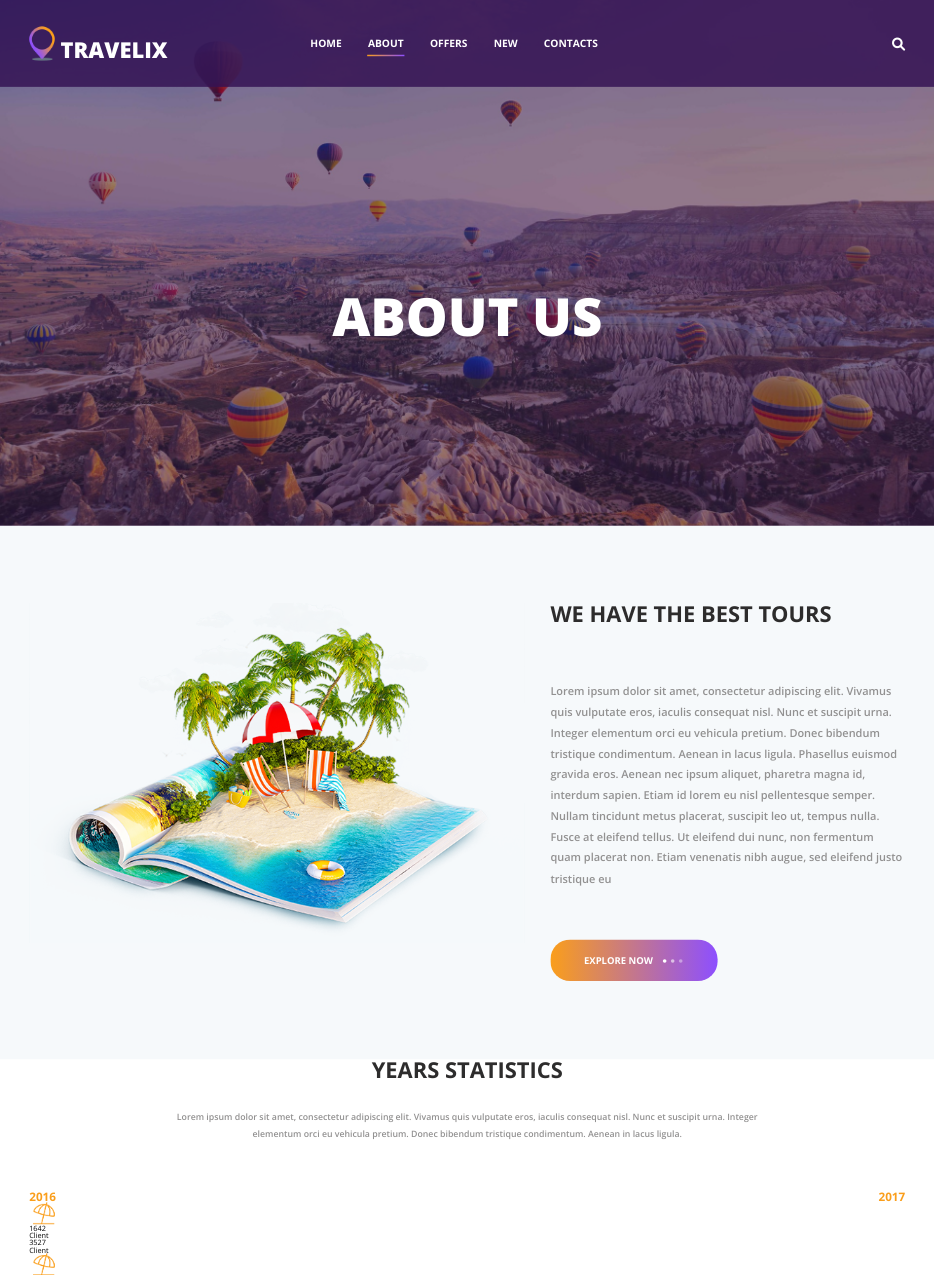
Repository: phamhuuloc/Travelix_Template
Page: about.html
The author's editor kept a copy of each file at every save. The page is drawn from the files as they stood at one save, then again after the next save.
The browser window is 1280 px wide. The pictures show the whole page, at 73% of full size.
Backgrounds fixed to the window are drawn as part of the page. Some web fonts or font styles are not loaded; a fallback is used.

Above is the page before, as saved 2021-10-13 09:15:19.

### about.html
<!DOCTYPE html>
<html lang="en">
  <head>
    <meta charset="UTF-8" />
    <meta http-equiv="X-UA-Compatible" content="IE=edge" />
    <meta name="viewport" content="width=device-width, initial-scale=1.0" />
    <title>Document</title>
    <link rel="shortcut icon" href="./assets/img/logo.png" />
    <link
      href="https://fonts.googleapis.com/css2?family=Caramel&display=swap"
      rel="stylesheet"
    />
    <!-- GOOGLE FONT -->
    <link
      href="https://fonts.googleapis.com/css2?family=Birthstone&display=swap"
      rel="stylesheet"
    />
    <!-- FONT AWESOME -->
    <link
      rel="stylesheet"
      href="https://cdnjs.cloudflare.com/ajax/libs/font-awesome/6.0.0-beta2/css/all.min.css"
      integrity="sha512-YWzhKL2whUzgiheMoBFwW8CKV4qpHQAEuvilg9FAn5VJUDwKZZxkJNuGM4XkWuk94WCrrwslk8yWNGmY1EduTA=="
      crossorigin="anonymous"
      referrerpolicy="no-referrer"
    />
    <!-- CSS -->
    <link rel="stylesheet" href="./assets/css/reset.css" />
    <link rel="stylesheet" href="./assets/css/grid.css" />
    <link rel="stylesheet" href="./assets/css/base.css" />
    <link rel="stylesheet" href="./assets/css/about.css" />
  </head>
  <body>
    <header class="header">
      <div class="header-topbar" style="display: none">
        <div class="grid wide">
          <div class="header-topbar__container">
            <div class="row">
              <div class="col l-6">
                <div class="header-topbar__contact">
                  <ul>
                    <li>
                      <a href="">+84 945 000 917</a>
                    </li>
                    <li>
                      <a href=""><i class="fab fa-pinterest"></i></a>
                    </li>
                    <li>
                      <a href=""><i class="fab fa-facebook-f"></i></a>
                    </li>
                    <li>
                      <a href=""><i class="fab fa-twitter"></i></a>
                    </li>
                    <li>
                      <a href=""><i class="fab fa-dribbble"></i></a>
                    </li>
                    <li>
                      <a href=""><i class="fab fa-behance"></i></a>
                    </li>
                    <li>
                      <a href=""><i class="fab fa-linkedin-in"></i></a>
                    </li>
                  </ul>
                </div>
              </div>
              <div class="col l-6">
                <div class="header-topbar__login">
                  <ul>
                    <li><a href="">Login</a></li>
                    <li><a href="">|</a></li>
                    <li><a href="">Register</a></li>
                  </ul>
                </div>
              </div>
            </div>
          </div>
        </div>
      </div>
      <div class="header-nav">
        <div class="grid wide">
          <div class="header-nav__container">
            <div class="row">
              <div class="col l-3">
                <div class="logo">
                  <a href="" class="logo__link">
                    <img src="./assets/img/logo.png" alt="" />
                    <h2 class="logo__text">Travelix</h2>
                  </a>
                </div>
              </div>
              <div class="col l-6 m-0 c-0">
                <div class="nav-menu">
                  <ul class="nav-menu__list">
                    <li class="nav-menu__item">
                      <a href="index.html" class="nav-menu__link">Home</a>
                    </li>
                    <li class="nav-menu__item active">
                      <a href="./about.html" class="nav-menu__link">About</a>
                    </li>
                    <li class="nav-menu__item">
                      <a href="" class="nav-menu__link">Offers</a>
                    </li>
                    <li class="nav-menu__item">
                      <a href="" class="nav-menu__link">New</a>
                    </li>
                    <li class="nav-menu__item">
                      <a href="" class="nav-menu__link">Contacts</a>
                    </li>
                  </ul>
                </div>
              </div>
              <div class="col l-3">
                <div class="header-search">
                  <i class="fas fa-search header-search__icon"></i>
                </div>
              </div>
            </div>
          </div>
        </div>
      </div>
    </header>
    <div class="home">
      <div
        class="home-background"
        style="background-image: url(./assets/img/about.jpg)"
      ></div>
      <div class="home__title"><h1>About us</h1></div>
    </div>
    <section class="intro">
      <div class="grid wide">
        <div class="intro__container">
          <div class="row">
            <div class="col l-7 intro__img">
              <img src="./assets/img/intro_about.png" alt="" />
            </div>
            <div class="col l-5 intro__content">
              <h2 class="intro__title">WE HAVE THE BEST TOURS</h2>
              <p class="intro__desc">
                Lorem ipsum dolor sit amet, consectetur adipiscing elit. Vivamus
                quis vulputate eros, iaculis consequat nisl. Nunc et suscipit
                urna. Integer elementum orci eu vehicula pretium. Donec bibendum
                tristique condimentum. Aenean in lacus ligula. Phasellus euismod
                gravida eros. Aenean nec ipsum aliquet, pharetra magna id,
                interdum sapien. Etiam id lorem eu nisl pellentesque semper.
                Nullam tincidunt metus placerat, suscipit leo ut, tempus nulla.
                Fusce at eleifend tellus. Ut eleifend dui nunc, non fermentum
                quam placerat non. Etiam venenatis nibh augue, sed eleifend
                justo tristique eu
              </p>
              <div class="intro__btn">
                <div class="btn">
                  <div class="btn-bg"></div>
                  <a href="#" class="btn-link">
                    explore now
                    <span></span>
                    <span></span>
                    <span></span>
                  </a>
                </div>
              </div>
            </div>
          </div>
        </div>
      </div>
    </section>
    <section class="stats">
      <div class="grid wide">
        <div class="stats__container">
          <h2 class="stats__title">YEARS STATISTICS</h2>
          <div class="wrap_text">
            <p class="stats__text">
              Lorem ipsum dolor sit amet, consectetur adipiscing elit. Vivamus
              quis vulputate eros, iaculis consequat nisl. Nunc et suscipit
              urna. Integer elementum orci eu vehicula pretium. Donec bibendum
              tristique condimentum. Aenean in lacus ligula.
            </p>
          </div>
          <div class="stats__year">
            <div class="stats__year-last">2016</div>
            <div class="stats__year-new">2017</div>
          </div>
          <div class="stats__content">
            <div class="stats__item">
              <div class="stats__last">
                <div class="stats__icon">
                  <img src="./assets/img/stats_1.png" alt="" />
                </div>
                <div class="stats__content">
                  <div class="stats__number">1642</div>
                  <div class="stats__type">Client</div>
                </div>
              </div>
              <div class="stats__bar">
                <div class="stats__bar-perc"></div>
              </div>
              <div class="stats__new">
                <div class="stats__content">
                  <div class="stats__number">3527</div>
                  <div class="stats__type">Client</div>
                </div>
                <div class="stats__icon">
                  <img src="./assets/img/stats_1.png" alt="" />
                </div>
              </div>
            </div>
          </div>
        </div>
      </div>
    </section>
  </body>
</html>

### assets/css/grid.css
.grid {
  width: 100%;
  padding: 0;
}
.grid.wide {
  max-width: 1200px;

  margin: 0 auto;
}
.row {
  display: flex;
  flex-wrap: wrap;
  margin-left: -4px;
  margin-right: -4px;
}
.row.no-gutters {
  margin-left: 0;
  margin-right: 0;
}
.col {
  padding-left: 4px;
  padding-right: 4px;
}
.row.no-gutters .col {
  margin-left: 0;
  margin-right: 0;
}

.c-0 {
  display: none;
}

.c-1 {
  flex: 0 0 8.33333%;
  max-width: 8.33333%;
}

.c-2 {
  flex: 0 0 16.66667%;
  max-width: 16.66667%;
}

.c-3 {
  flex: 0 0 25%;
  max-width: 25%;
}

.c-4 {
  flex: 0 0 33.33333%;
  max-width: 33.33333%;
}

.c-5 {
  flex: 0 0 41.66667%;
  max-width: 41.66667%;
}

.c-6 {
  flex: 0 0 50%;
  max-width: 50%;
}

.c-7 {
  flex: 0 0 58.33333%;
  max-width: 58.33333%;
}

.c-8 {
  flex: 0 0 66.66667%;
  max-width: 66.66667%;
}

.c-9 {
  flex: 0 0 75%;
  max-width: 75%;
}

.c-10 {
  flex: 0 0 83.33333%;
  max-width: 83.33333%;
}

.c-11 {
  flex: 0 0 91.66667%;
  max-width: 91.66667%;
}

.c-12 {
  flex: 0 0 100%;
  max-width: 100%;
}

.c-o-1 {
  margin-left: 8.33333%;
}

.c-o-2 {
  margin-left: 16.66667%;
}

.c-o-3 {
  margin-left: 25%;
}

.c-o-4 {
  margin-left: 33.33333%;
}

.c-o-5 {
  margin-left: 41.66667%;
}

.c-o-6 {
  margin-left: 50%;
}

.c-o-7 {
  margin-left: 58.33333%;
}

.c-o-8 {
  margin-left: 66.66667%;
}

.c-o-9 {
  margin-left: 75%;
}

.c-o-10 {
  margin-left: 83.33333%;
}

.c-o-11 {
  margin-left: 91.66667%;
}
/* TABLET */
@media (min-width: 740px) {
  .row {
    margin-left: -8px;
    margin-right: -8px;
  }
  .col {
    padding-right: 8px;
    padding-left: 8px;
  }
  .m-0 {
    display: none;
  }
  .m-1,
  .m-2,
  .m-3,
  .m-4,
  .m-5,
  .m-6,
  .m-7,
  .m-8,
  .m-9,
  .m-10,
  .m-11,
  .m-12 {
    display: block;
  }

  .m-1 {
    flex: 0 0 8.33333%;
    max-width: 8.33333%;
  }

  .m-2 {
    flex: 0 0 16.66667%;
    max-width: 16.66667%;
  }

  .m-3 {
    flex: 0 0 25%;
    max-width: 25%;
  }

  .m-4 {
    flex: 0 0 33.33333%;
    max-width: 33.33333%;
  }

  .m-5 {
    flex: 0 0 41.66667%;
    max-width: 41.66667%;
  }

  .m-6 {
    flex: 0 0 50%;
    max-width: 50%;
  }

  .m-7 {
    flex: 0 0 58.33333%;
    max-width: 58.33333%;
  }

  .m-8 {
    flex: 0 0 66.66667%;
    max-width: 66.66667%;
  }

  .m-9 {
    flex: 0 0 75%;
    max-width: 75%;
  }

  .m-10 {
    flex: 0 0 83.33333%;
    max-width: 83.33333%;
  }

  .m-11 {
    flex: 0 0 91.66667%;
    max-width: 91.66667%;
  }

  .m-12 {
    flex: 0 0 100%;
    max-width: 100%;
  }

  .m-o-1 {
    margin-left: 8.33333%;
  }

  .m-o-2 {
    margin-left: 16.66667%;
  }

  .m-o-3 {
    margin-left: 25%;
  }

  .m-o-4 {
    margin-left: 33.33333%;
  }

  .m-o-5 {
    margin-left: 41.66667%;
  }

  .m-o-6 {
    margin-left: 50%;
  }

  .m-o-7 {
    margin-left: 58.33333%;
  }

  .m-o-8 {
    margin-left: 66.66667%;
  }

  .m-o-9 {
    margin-left: 75%;
  }

  .m-o-10 {
    margin-left: 83.33333%;
  }

  .m-o-11 {
    margin-left: 91.66667%;
  }
}
/* PC MEDIUM RESOLUTION */
@media (min-width: 1113px) {
  .row {
    margin-left: -12px;
    margin-right: -12px;
  }
  .row.sm-gutter {
    margin-left: -8px;
    margin-right: -8px;
  }
  .col {
    padding-left: 12px;
    padding-right: 12px;
  }
  .row.sm-gutter .col {
    padding-left: 8px;
    padding-right: 8px;
  }
  .l-0 {
    display: none;
  }

  .l-1,
  .l-2,
  .l-2-4,
  .l-3,
  .l-4,
  .l-5,
  .l-6,
  .l-7,
  .l-8,
  .l-9,
  .l-10,
  .l-11,
  .l-12 {
    display: block;
  }

  .l-1 {
    flex: 0 0 8.33333%;
    max-width: 8.33333%;
  }

  .l-2 {
    flex: 0 0 16.66667%;
    max-width: 16.66667%;
  }

  .l-2-4 {
    flex: 0 0 20%;
    max-width: 20%;
  }

  .l-3 {
    flex: 0 0 25%;
    max-width: 25%;
  }

  .l-4 {
    flex: 0 0 33.33333%;
    max-width: 33.33333%;
  }

  .l-5 {
    flex: 0 0 41.66667%;
    max-width: 41.66667%;
  }

  .l-6 {
    flex: 0 0 50%;
    max-width: 50%;
  }

  .l-7 {
    flex: 0 0 58.33333%;
    max-width: 58.33333%;
  }

  .l-8 {
    flex: 0 0 66.66667%;
    max-width: 66.66667%;
  }

  .l-9 {
    flex: 0 0 75%;
    max-width: 75%;
  }

  .l-10 {
    flex: 0 0 83.33333%;
    max-width: 83.33333%;
  }

  .l-11 {
    flex: 0 0 91.66667%;
    max-width: 91.66667%;
  }

  .l-12 {
    flex: 0 0 100%;
    max-width: 100%;
  }

  .l-o-1 {
    margin-left: 8.33333%;
  }

  .l-o-2 {
    margin-left: 16.66667%;
  }

  .l-o-3 {
    margin-left: 25%;
  }

  .l-o-4 {
    margin-left: 33.33333%;
  }

  .l-o-5 {
    margin-left: 41.66667%;
  }

  .l-o-6 {
    margin-left: 50%;
  }

  .l-o-7 {
    margin-left: 58.33333%;
  }

  .l-o-8 {
    margin-left: 66.66667%;
  }

  .l-o-9 {
    margin-left: 75%;
  }

  .l-o-10 {
    margin-left: 83.33333%;
  }

  .l-o-11 {
    margin-left: 91.66667%;
  }
}
/* TABLET AND PC */
@media (min-width: 740px) and (max-width: 1023px) {
  .wide {
    width: 644px;
  }
}
/* > PC  LOW RESOLUTION */
@media (min-width: 1024px) and (max-width: 1239px) {
  .wide {
    width: 984px;
  }
}
.form__item {
  display: flex;
  flex-direction: column;
}

### assets/css/base.css
@import url("https://fonts.googleapis.com/css?family=Open+Sans:300,400,600,700,800");
@font-face {
  font-family: "Beyond";
  src: url("../fonts/beyond_the_mountains.otf") format("truetype"),
    url("../fonts/beyond_the_mountains.ttf") format("opentype");
}

:root {
  --topbar-height: 3.6rem;
  --white-color: white;
  --gray-color: #929191;
  --primary-color: #fa9e1b;
  --bg-btn: linear-gradient(to right, #fa9e1b, #8d4fff, #fa9e1b);
  --bg-section: linear-gradient(to top right, #fa9e1b, #8d4fff);
  --black-color: #2d2c2c;
}
* {
  margin: 0;
  padding: 0;
  box-sizing: border-box;
}
html {
  font-size: 62.5%;
}
body {
  font-family: "Open Sans", sans-serif;
  text-rendering: optimizeLegibility;
  -webkit-font-smoothing: antialiased;
}
a {
  text-decoration: none;
}
i {
  display: block;
  width: 100%;
}
ul {
  list-style: none;
}
select {
  -webkit-appearance: none;
  -moz-appearance: none;
  text-indent: 1px;
  text-overflow: "";
}
img {
  display: block;
  max-width: 100%;
}
/* FONT */
@import url(https://fonts.googleapis.com/css?family=Open+Sans:300,400,600,700,800);
@font-face {
  font-family: "Beyond";
  src: url(../font/beyond_the_mountains.otf) format("truetype"),
    url(../font/beyond_the_mountains.ttf) format("opentype");
}
/* BUTTON */
/*  */
/* HEADER */

.header-topbar {
  height: var(--topbar-height);
  background-color: rgb(53, 10, 78);
}
.header-topbar li:hover a {
  color: var(--primary-color);
  transition: all 300ms ease;
}
.header-topbar__contact ul {
  display: flex;
  align-items: center;
  height: var(--topbar-height);
}
.header-topbar__contact li a {
  color: white;
  font-size: 1.2rem;
  margin-right: 2rem;
  text-transform: uppercase;
}
.header-topbar__login ul {
  height: var(--topbar-height);
  display: flex;
  align-items: center;
  justify-content: flex-end;
}
.header-topbar li a {
  color: var(--white-color);
  font-size: 1.2rem;
  padding: 0 2px;
  text-transform: uppercase;
}
.header-nav {
  background: rgba(54, 19, 84, 0.85);
  padding: 3.6rem 0;
  position: fixed;
  z-index: 99;
  width: 100%;
}
.logo__link {
  display: flex;
  align-items: flex-end;
}
.logo__text {
  color: var(--white-color);
  font-weight: 800;
  font-size: 3rem;
  text-transform: uppercase;
  margin-left: 8px;
}
.nav-menu {
  height: 100%;
  display: flex;
  align-items: center;
}
.nav-menu__list {
  width: 100%;
  display: flex;
  align-items: center;
  justify-content: center;
}
.nav-menu__link {
  font-size: 1.4rem;
  color: var(--white-color);
  font-weight: 650;
  text-transform: uppercase;
  margin-right: 3.6rem;
  position: relative;
}
.nav-menu__link::after {
  content: "";
  display: block;
  position: absolute;
  left: -1px;
  bottom: -8px;
  width: calc(100% + 2px);
  height: 2px;
  opacity: 0;
  transition: all 300ms ease;
  background: linear-gradient(to right, #fa9e1b, #8d4fff);
}
.active .nav-menu__link::after {
  opacity: 1;
}
.nav-menu__item:hover .nav-menu__link::after {
  opacity: 1;
}
.header-search {
  height: 100%;
  display: flex;
  align-items: center;
  justify-content: flex-end;
}
.header-search__icon {
  display: contents;
  text-align: right;
  color: var(--white-color);
  font-size: 1.8rem;
  font-weight: 600;
  cursor: pointer;
}
.header-search__icon:hover {
  color: var(--primary-color);
  transition: all 300ms ease;
}
/* HOME */
.home {
  position: relative;
  width: 100%;
  height: 100vh;
  background: #31124b;
}
.home-background {
  position: absolute;
  top: 0;
  left: 0;
  width: 100%;
  height: 100%;
  background-repeat: no-repeat;
  background-position: center center;
  background-size: cover;
  opacity: 0.5;
}
.home-container {
  position: absolute;
  top: 50%;
  left: 50%;
  transform: translate(-50%, -50%);
}
.home-title__heading {
  font-size: 9.2rem;
  color: var(--white-color);
  font-weight: 900;
  text-transform: uppercase;
}
.home-title__heading:nth-child(2) {
  font-family: Beyond;
  font-size: 6rem;
  text-align: center;
}
/*home button */
.btn {
  display: inline-block;
  border-radius: 27px;
  overflow: hidden;
  position: relative;
  margin-top: 70px;
  left: 50%;
  transform: translateX(-50%);
}
.btn:hover .btn-bg {
  transform: translateX(-50%);
}
.btn-bg {
  z-index: 0;
  position: absolute;
  top: 0;
  left: 0;
  width: 200%;
  height: 100%;
  background: var(--bg-btn);
  transition: all 400ms ease;
  cursor: pointer;
}
.btn-link {
  display: block;
  font-size: 13px;
  font-weight: 700;
  color: #fff;
  text-transform: uppercase;
  padding: 2.2rem 0;
  padding-left: 46px;
  padding-right: 46px;
  white-space: nowrap;
  position: relative;
}
.btn-link span {
  display: inline-block;
  background-color: white;
  width: 5.5px;
  height: 5.5px;
  border-radius: 50%;
  vertical-align: middle;
  margin-right: 2px;
}
.btn-link span:first-child {
  margin-left: 1rem;
}
.btn-link span:nth-child(2) {
  opacity: 0.6;
}
.btn-link span:last-child {
  opacity: 0.4;
}
/* CONTACT FORM */
.contact {
  margin-top: 10.3rem;
  width: 100%;
  padding-bottom: 105px;
  position: relative;
}
.contact-background {
  position: absolute;
  bottom: -34px;
  width: 100%;
  height: 114%;
  background-size: cover;
  background-position: center center;
  background-repeat: no-repeat;
}
.contact-container {
  position: relative;
  z-index: 2;
}
.contact-form {
  background: var(--bg-section);
  padding: 8.4rem 7.6rem 4.8rem;
}
.form-heading {
  font-size: 3rem;
  font-weight: 700;
  color: var(--white-color);
  text-transform: uppercase;
  margin-bottom: 8.6rem;
}
.form-input {
  color: var(--white-color);
  font-size: 1.6rem;
  padding: 1rem;
  width: 100%;
  border: 0;
  border-bottom: 2px solid white;
  background-color: transparent;
  margin-bottom: 3rem;
  outline: none;
}
.form-input::-webkit-input-placeholder {
  color: white;
  font-size: 1.4rem;
}
.input-messages {
  /* height: 126px; */
}
.contact-btn {
  margin-top: 5rem;
  border-radius: 2.7rem;
  background-color: #31124b;
  display: inline-flex;
  align-items: center;
  justify-content: center;
  cursor: pointer;
}
.contact-btn:hover {
  opacity: 0.8;
  transition: all 0.3s ease;
}
.contact-btn .btn-link {
  padding: 22px 29px;
}
/* FOOTER */
.footer {
  background: #31124b;
  padding: 8.5rem 10.3rem 11.8rem;
  /* position: absolute; */
}
.footer__item {
  position: relative;
}
.footer__logo {
  position: absolute;
  top: -2.9rem;
}
.footer__about {
  padding-top: 67px;
}
.footer__about-desc {
  font-size: 1.6rem;
  font-weight: 600;
  color: var(--white-color);
  line-height: 2;
  margin-bottom: 2rem;
}
.social-list {
  display: flex;
}
.social-item {
  display: flex;
  align-items: center;
  justify-content: center;
  width: 3.1rem;
  height: 3.1rem;
  border-radius: 50%;
  margin-right: 12px;
  cursor: pointer;
  transition: all 0.3s ease;
  border: 1px solid var(--primary-color);
}
.social-item:hover {
  background-color: var(--primary-color);
}
.social-item a i {
  font-size: 10px;
  color: var(--white-color);
}
.footer__blog-item {
  display: flex;
  margin-bottom: 2.1rem;
}
.footer__blog-item img {
  margin-right: 20px;
}
.footer__blog-content {
  display: flex;
  flex-direction: column;
}
.footer__blog-title {
  font-size: 1.4rem;
  color: var(--white-color);
  margin-bottom: 1.4rem;
  cursor: pointer;
}
.footer__blog-title:hover {
  color: var(--primary-color);
}
.footer__blog-date {
  font-size: 1.2rem;
  color: var(--primary-color);
}
.tag__item {
  display: flex;
  align-items: center;
  justify-content: center;
  padding: 12px 25px;
  margin-right: 9px;
  margin-bottom: 9px;
  border: 1px solid var(--primary-color);
  transition: all 0.3s ease;
  float: left;
  cursor: pointer;
}
.tag__item:hover {
  cursor: pointer;
  background-color: var(--primary-color);
}
.tag__item a {
  color: var(--white-color);
  font-size: 1.4rem;
  font-weight: 600;
}
.contact__info-item {
  display: flex;
}
.contact__info-icon {
  width: 2rem;
  height: 2rem;
  margin-right: 8px;
}
.contact__info-text {
  font-size: 1.4rem;
  color: var(--white-color);
  line-height: 1.8;
  margin-bottom: 2.4rem;
}
.copyright {
  background: #1f0733;
  padding: 20px 0;
}
.copyright__container {
  color: var(--white-color);
  font-size: 1.6rem;
}
.copyright__container a {
  transition: all 0.3s ease;
  color: blue;
}
.copyright__container a:hover {
  color: var(--primary-color);
}
.copyright__container i {
  display: contents;
  color: red;
}

### assets/css/about.css
.home-background {
  background-repeat: no-repeat;
  background-position: bottom center;
  background-attachment: fixed;
  background-size: cover;
}
.home__title {
  position: absolute;
  top: 55%;
  left: 50%;
  transform: translateX(-50%);
}
.home__title h1 {
  font-size: 7.2rem;
  font-weight: 800;
  color: var(--white-color);
  text-transform: uppercase;
}
/* INTRO */
.intro {
  padding: 10.6rem 0;
  background-color: #f6f9fb;
}
.intro__title {
  font-size: 3rem;
  font-weight: 700;
  color: var(--black-color);
  margin-bottom: 7.6rem;
  text-transform: uppercase;
}
.intro__desc {
  font-size: 1.5rem;
  font-weight: 600;
  color: var(--gray-color);
  line-height: 1.9;
}
.intro__btn .btn {
  left: 0;
  transform: translateX(0);
}
.stats__title {
  text-align: center;
  font-size: 3rem;
  font-weight: 700;
  color: var(--black-color);
  margin-bottom: 3.8rem;
}
.wrap_text {
  text-align: center;
  display: flex;
  justify-content: center;
  margin-bottom: 6.6rem;
}
.stats__text {
  font-size: 1.2rem;
  font-weight: 600;
  line-height: 1.9;
  color: var(--gray-color);
  max-width: 84rem;
}
.stats__year {
  display: flex;
  align-items: center;
  justify-content: space-between;
}
.stats__year-last,
.stats__year-new {
  font-size: 1.6rem;
  font-weight: 700;
  color: var(--primary-color);
}

Loaded but not shown: assets/css/reset.css (common file)

After the next save:
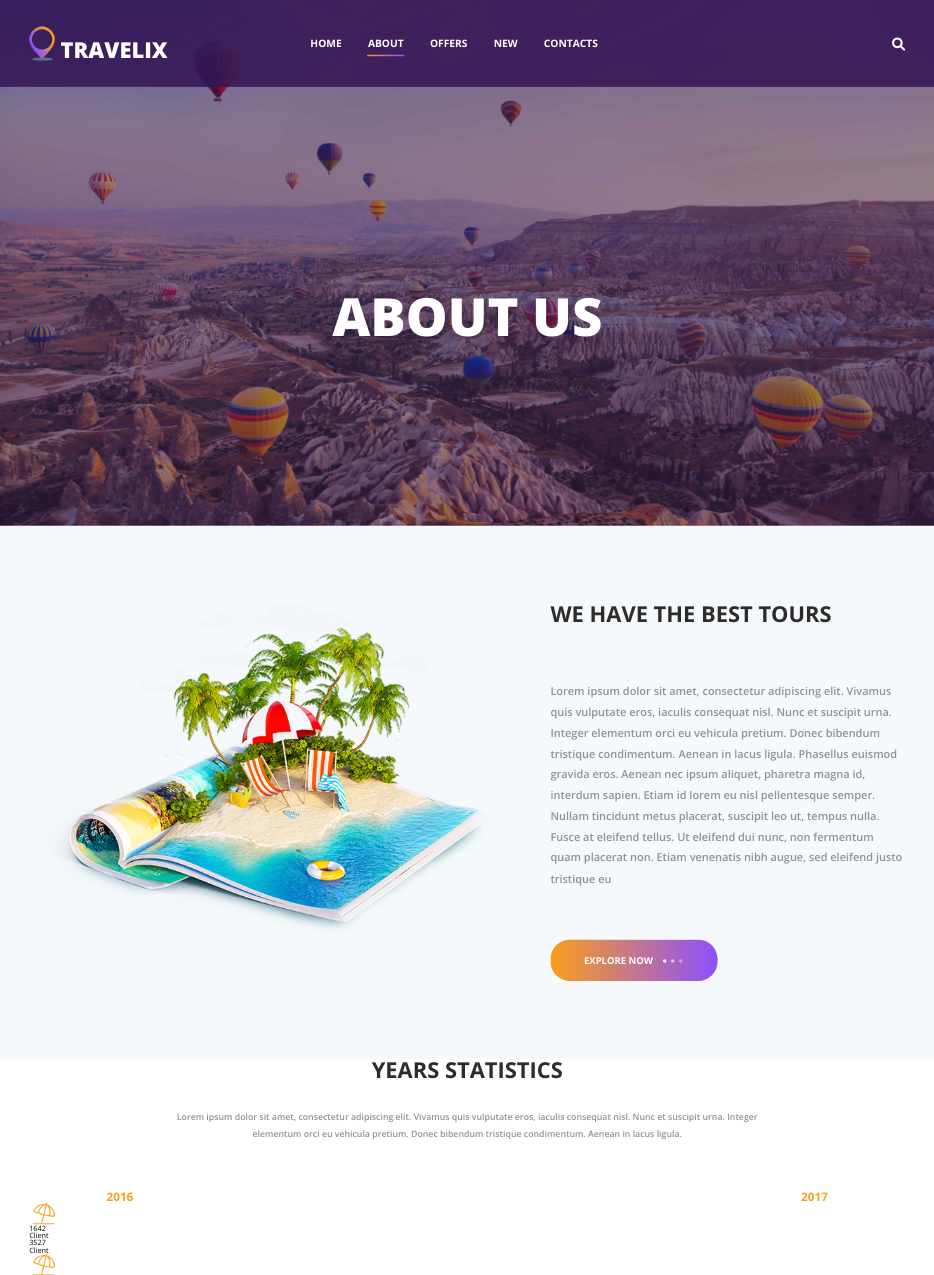
Saved 37 s later.
--- a/assets/css/about.css
+++ b/assets/css/about.css
@@ -62,6 +62,7 @@
   display: flex;
   align-items: center;
   justify-content: space-between;
+  padding: 0 10.6rem;
 }
 .stats__year-last,
 .stats__year-new {
